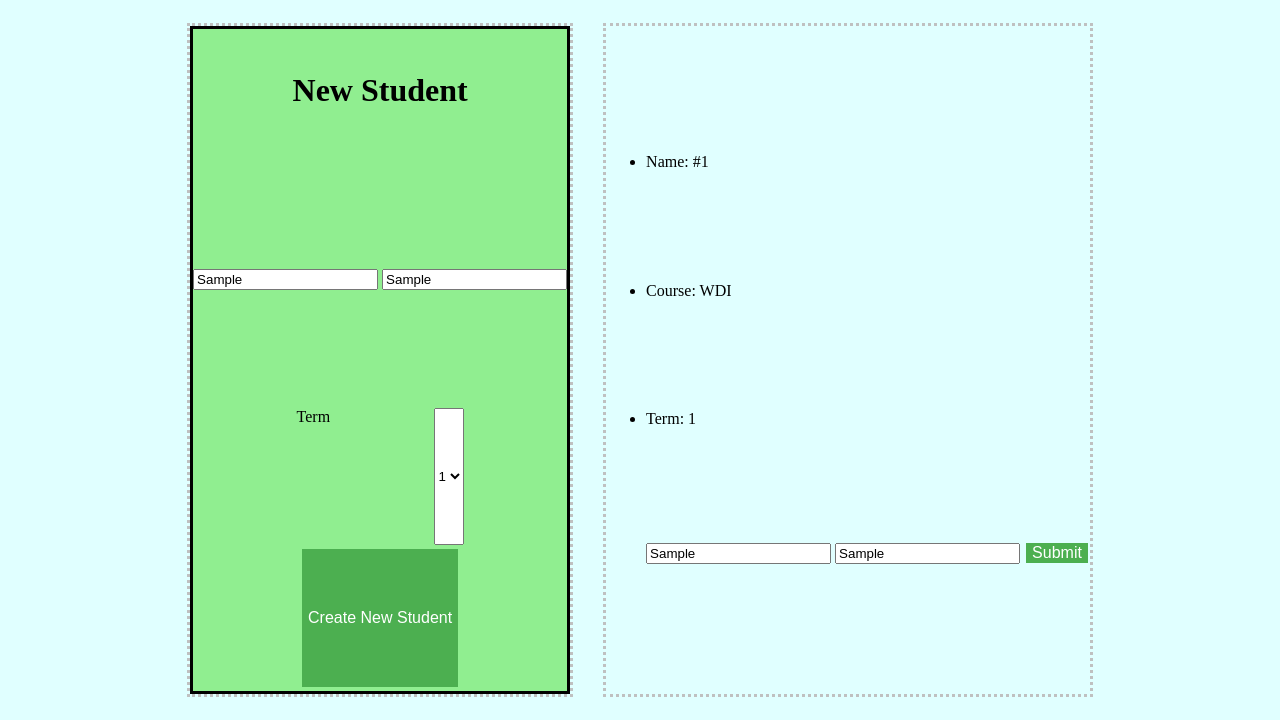
Repository: EdmontDantes/graderaide-fullstack-solution
Page: index.html
These files come from the project's save history. The page is drawn as it stood at one moment and after a run of saves; the edit follows.
The browser window is 1280 px wide. The pictures show the whole page.
Empty fields were first filled with sample values (such as "Sample", 5 or name@example.com).
After loading, the first visible `button.new-student-button` was clicked once.

Above is the page before, as saved 2020-04-22 14:15:15.
Console error: TypeError: Cannot set properties of undefined (setting 'innerText')

After the next 2 saves:
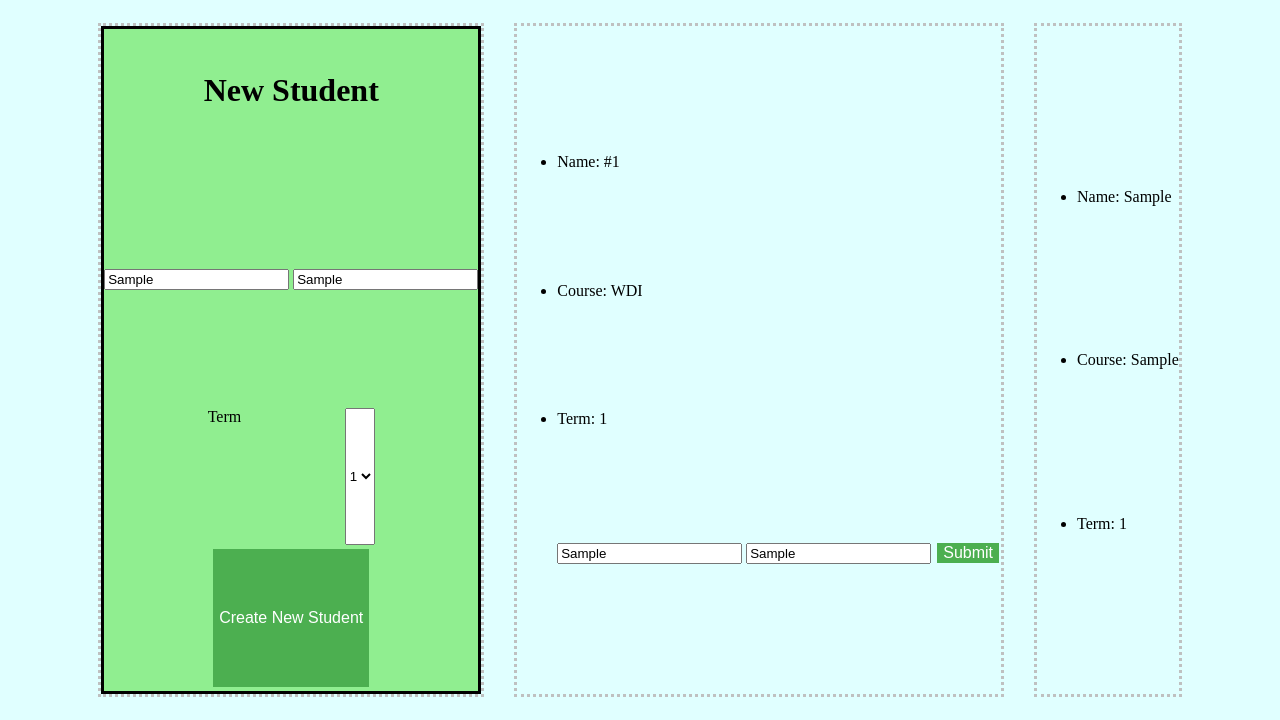
The error is gone.
The 2 saves are shown as one change because they came seconds apart.
The last was saved 33 s later.
--- a/main.js
+++ b/main.js
@@ -94,7 +94,7 @@ const newStudentTile = function() {
 
     addGradesSection.className = `add-grades-inputs-and-submit`;
     addGradesSection.id = `student-${numId.length}`;
-    addGradesSection.
+    addGradesSection.innerHTML = ''
 
     nameItem.innerText = `Name: ${newStudent.name}`;
     courseItem.innerText = `Course: ${newStudent.course}`;
